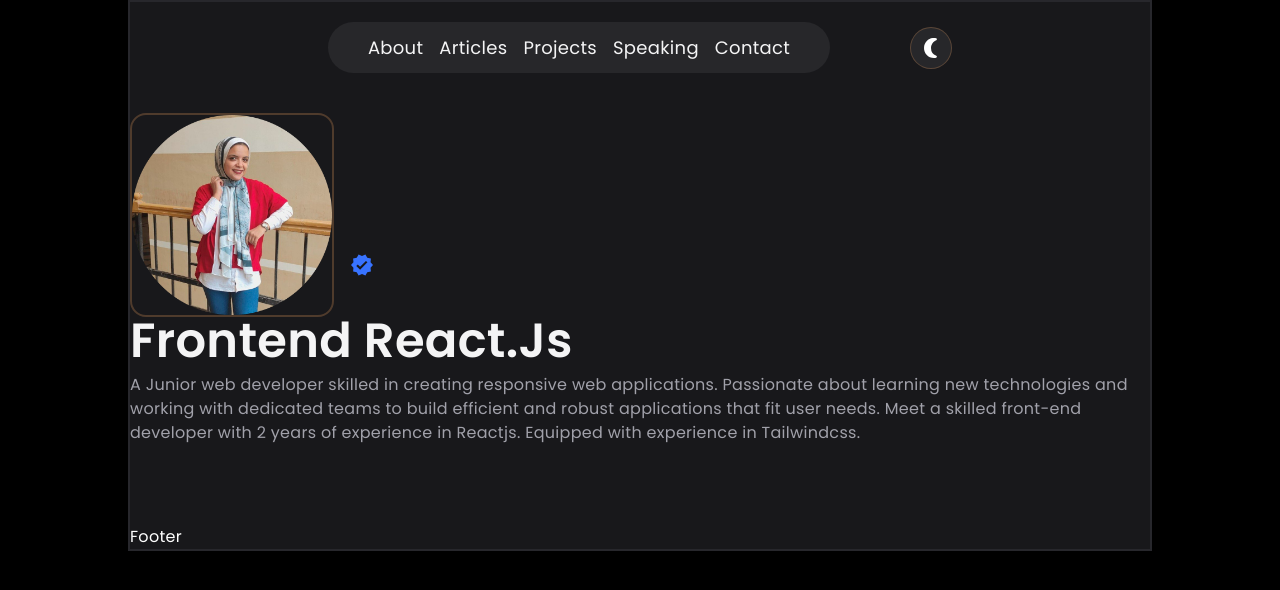
Repository: Wafaabahgat/Portfolio
Page: /
These files come from the project's save history. The page is drawn as it stood at one moment and after a run of saves; the edit follows.
The browser window is 1280 px wide. The pictures show the whole page.
The project was rebuilt for these pictures with package versions that can differ from the ones it lists, and the page was loaded fresh each time. Also part of the build but not shown: vite.config.ts, src/App.css, src/ErrorPage.tsx.

Above is the page before, as saved 2023-12-08 03:22:22.

### index.html
<!DOCTYPE html>
<html lang="en">
  <head>
    <meta charset="UTF-8" />
    <link rel="icon" type="image/svg+xml" href="/vite.svg" />
    <meta name="viewport" content="width=device-width, initial-scale=1.0" />
    <link rel="preconnect" href="https://fonts.googleapis.com" />
    <link rel="preconnect" href="https://fonts.gstatic.com" crossorigin />
    <link
      href="https://fonts.googleapis.com/css2?family=Poppins:wght@200;300;400;500;600;700;800&display=swap"
      rel="stylesheet"
    />
    <title>My Portfilio</title>
  </head>
  <body>
    <div id="root"></div>
    <script type="module" src="/src/main.tsx"></script>
  </body>
</html>

### src/main.tsx
import { RouterProvider } from "react-router-dom";
import ReactDOM from "react-dom/client";
import "./index.css";
import router from "./App";

ReactDOM.createRoot(document.getElementById("root")!).render(
  <RouterProvider router={router} />
);

### src/index.css
@tailwind base;
@tailwind components;
@tailwind utilities;

* {
  font-family: "Poppins", sans-serif;
  letter-spacing: 0.3px;
}

:root {
  --primary: #000;
  --secondary: rgb(24 24 27);
  --border: rgb(63, 63, 70, 0.4);
}
.light {
  --primary: #fff;
}

body {
  background-color: var(--primary);
  color: #fff;
}

html {
  /* max-width: 2000px; */
  margin: 0;
  padding: 0;
}

.container {
  width: 80%;
  margin-left: auto;
  margin-right: auto;
  background-color: var(--secondary);
  border: 2px solid var(--border);
}
.line {
  border: 1px solid var(--border);
  margin: 1rem 0;
}

li {
  list-style: none;
}
a {
  text-decoration: none;
  transition: 0.3;
}
.border-li:last-child {
  border: none;
}

### src/App.tsx
import "./App.css";
import { createBrowserRouter } from "react-router-dom";
// import Root from "@pages/root";
import Root from "./pages/root";

import { Home } from "./pages/index";
import ErrorPage from "./ErrorPage";

const router = createBrowserRouter([
  {
    path: "/",
    element: <Root />,
    errorElement: <ErrorPage />,
    children: [
      {
        index: true,
        path: "/",
        element: <Home />,
      },
    ],
  },
]);

export default router;

### src/pages/root.tsx
import { Outlet } from "react-router-dom";
import Header from "../components/layouts/Header";
import Footer from "../components/layouts/Footer";

const Root = () => {
  return (
    <div className="container">
      <Header />
      <Outlet />
      <Footer />
    </div>
  );
};

export default Root;

### src/components/layouts/Header.tsx
import { FC, useState } from "react";
import { MdNightlightRound } from "react-icons/md";
import { SlMenu } from "react-icons/sl";
import { IoMdClose } from "react-icons/io";

interface HeaderProps {}

const links = [
  {
    href: "/about",
    name: "about",
  },
  {
    href: "/articles",
    name: "articles",
  },
  {
    href: "/projects",
    name: "projects",
  },
  {
    href: "/speaking",
    name: "speaking",
  },
  {
    href: "/contact",
    name: "contact",
  },
];

const Header: FC<HeaderProps> = () => {
  const [showMenu, setShowMenu] = useState(false);

  return (
    <>
      <div className="mt-5">
        <div className="flex items-center justify-center md:gap-20 gap-4">
          <nav className="">
            <ul className="md:flex hidden py-3 gap-4 px-10 bg-bg-header rounded-full ">
              {links?.map((e, i) => (
                <li
                  key={i}
                  className="capitalize text-main-title md:text-[18px] text-[14px] mx-auto hover:text-main-light hover:text-[20px]"
                >
                  <a href={e?.href}>{e?.name}</a>
                </li>
              ))}
            </ul>
          </nav>
          <button
            onClick={() => {
              setShowMenu(true);
            }}
            className="flex md:hidden text-xl border-border-menu border justify-center items-center bg-bg-header rounded-full w-[42px] h-[42px]"
          >
            <SlMenu className="" />
          </button>
          <div className="bg-bg-header text-2xl cursor-pointer border border-border-menu rounded-full w-[42px] h-[42px] flex items-center justify-center">
            <MdNightlightRound />
          </div>
        </div>
        {showMenu && (
          <div className="fixed py-3 z-11 inset-0 max-w-[85%] max-h-[48%] mt-10 bg-bg-menu mx-auto rounded-2xl">
            <span className="flex justify-end mr-4">
              <button
                onClick={() => {
                  setShowMenu(false);
                }}
                className="bg-white text-lg hover:translate-x-2 text-bg-header rounded-sm p-1"
              >
                <IoMdClose />
              </button>
            </span>
            <ul className="">
              {links?.map((e, i) => (
                <li
                  key={i}
                  className="capitalize text-main-title text-[20px] text-start px-10 py-3 border-li border-b border-bg-border hover:text-main-light hover:text-[25px]"
                >
                  <a href={e?.href}>{e?.name}</a>
                </li>
              ))}
            </ul>
          </div>
        )}
      </div>
    </>
  );
};

export default Header;

### src/components/layouts/Footer.tsx
import { FC } from "react";

interface FooterProps {}

const Footer: FC<FooterProps> = () => {
  return (
    <>
      <div className="mt-20">Footer</div>
    </>
  );
};

export default Footer;

### src/pages/Home.tsx
import { FC } from "react";
import Hero from "../components/home/Hero";

interface HomeProps {}

const Home: FC<HomeProps> = () => {
  return (
    <>
      <div className="">
        <Hero />
      </div>
    </>
  );
};

export default Home;

### src/components/home/Hero.tsx
import { FC } from "react";
import avatar from "../../assets/avatar1.png";
import { MdVerified } from "react-icons/md";

interface HeroProps {}

const Hero: FC<HeroProps> = () => {
  return (
    <>
      <div className="mt-10">
        <div>
          <div className="flex items-end gap-4">
            <img src={avatar} className="w-[20%] border border-border-menu border-2 rounded-2xl" />
            <MdVerified  className="text-2xl text-main-light mb-10"/>
          </div>
          <h1 className="text-main-title font-semibold text-5xl mb-2 capitalize">
            frontend react.js
          </h1>
          <p className=" text-sub-title text-md">
            A Junior web developer skilled in creating responsive web
            applications. Passionate about learning new technologies and working
            with dedicated teams to build efficient and robust applications that
            fit user needs. Meet a skilled front-end developer with 2 years of
            experience in Reactjs. Equipped with experience in Tailwindcss.
          </p>
        </div>
      </div>
    </>
  );
};

export default Hero;

### tailwind.config.js
/** @type {import('tailwindcss').Config} */
export default {
  content: ["./index.html", "./src/**/*.{js,ts,jsx,tsx}"],
  darkMode: "class",
  theme: {
    extend: {
      colors: {
        main: "#252466",
        "main-light": "#3873FF",
        "text-primary": "#000",
        "bg-header": "rgb(39, 39, 42)",
        "bg-menu": "rgba(40,40, 48, 0.91)",
        "bg-border": "rgb(63, 63, 70, 0.4)",
        "border-menu": "rgb(244, 165, 96, 0.249)",
        "main-title": "rgb(244, 244, 245)",
        "sub-title": "rgb(161, 161, 170)",
        // "sub-dark": "#252466",
        // "main-dark": "#41427D",
        // "text-color": "#FCFCFC",
        // "text-gray": "#667085",
        // "text-primary": "#9795B5",
      },
      // gridTemplateColumns: {
      //   prod: "repeat(auto-fit, minmax(130px, 1fr))",
      //   plog: "repeat(auto-fit, minmax(300px, 1fr))",
      // },
    },
  },
  plugins: [],
};

Loaded but not shown: src/pages/index.ts (common file)

After the next 4 saves:
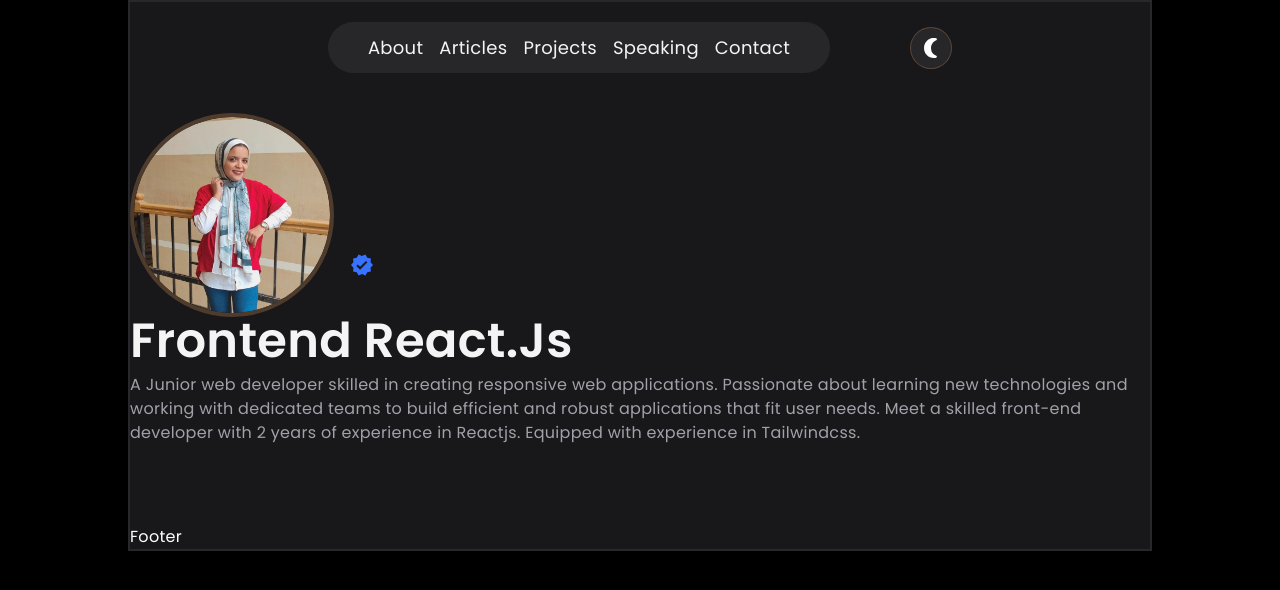
The 4 saves are shown as one change because they came seconds apart.
The last was saved 12 s later.
--- a/src/components/home/Hero.tsx
+++ b/src/components/home/Hero.tsx
@@ -10,7 +10,7 @@ const Hero: FC<HeroProps> = () => {
       <div className="mt-10">
         <div>
           <div className="flex items-end gap-4">
-            <img src={avatar} className="w-[20%] border border-border-menu border-2 rounded-2xl" />
+            <img src={avatar} className="w-[20%] border-border-menu border-4 rounded-full" />
             <MdVerified  className="text-2xl text-main-light mb-10"/>
           </div>
           <h1 className="text-main-title font-semibold text-5xl mb-2 capitalize">
